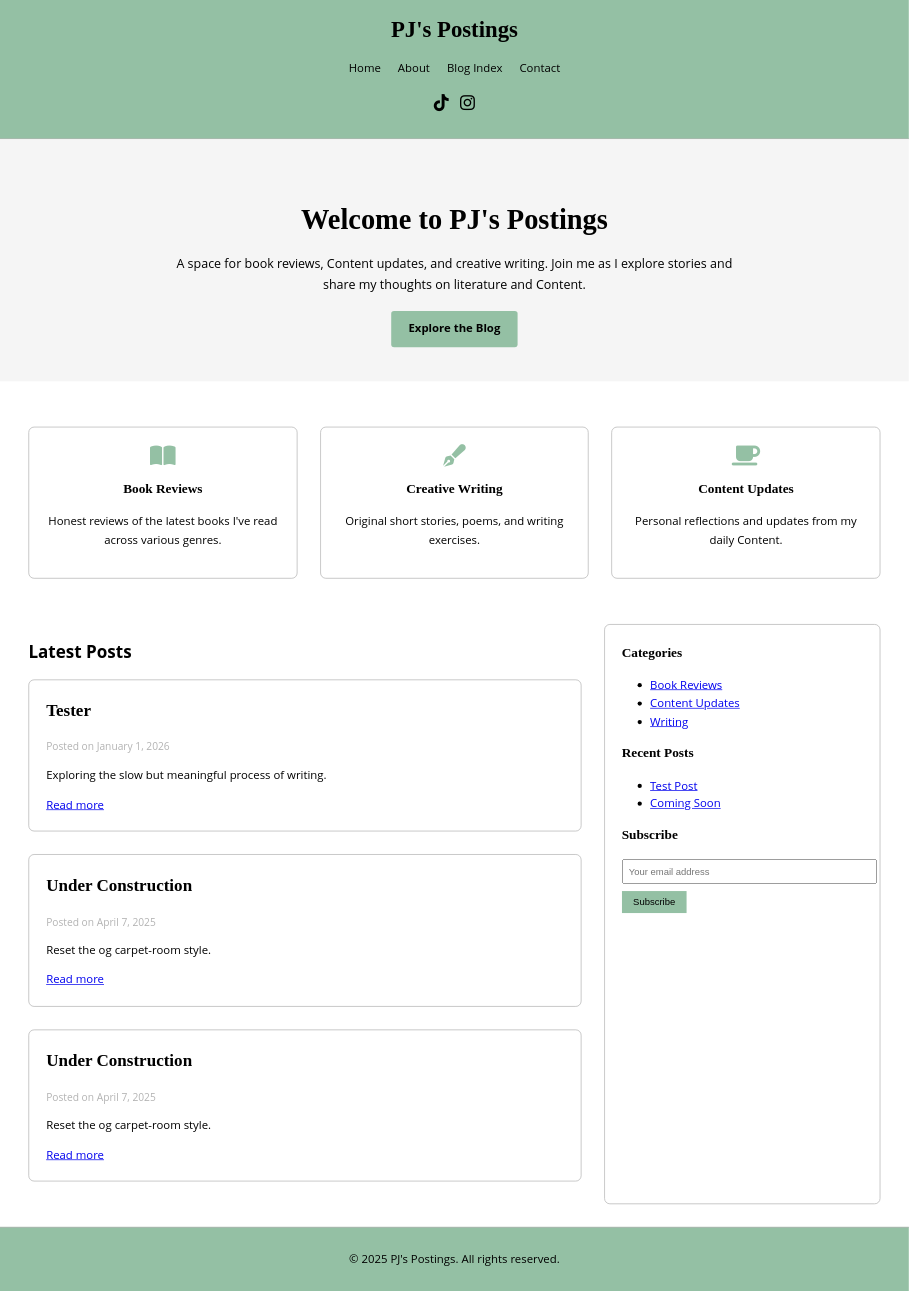
Repository: pjpatrick071/pjpatrick071.github.io
Page: index.html
An editor plug-in stored every save of this project. The page is shown before and after the next save, followed by the edit.
The browser window is 1280 px wide. The pictures show the whole page, at 71% of full size.
Some web fonts or font styles are not loaded; a fallback is used.

Above is the page before, as saved 2025-04-07 21:24:40.

After the next save:
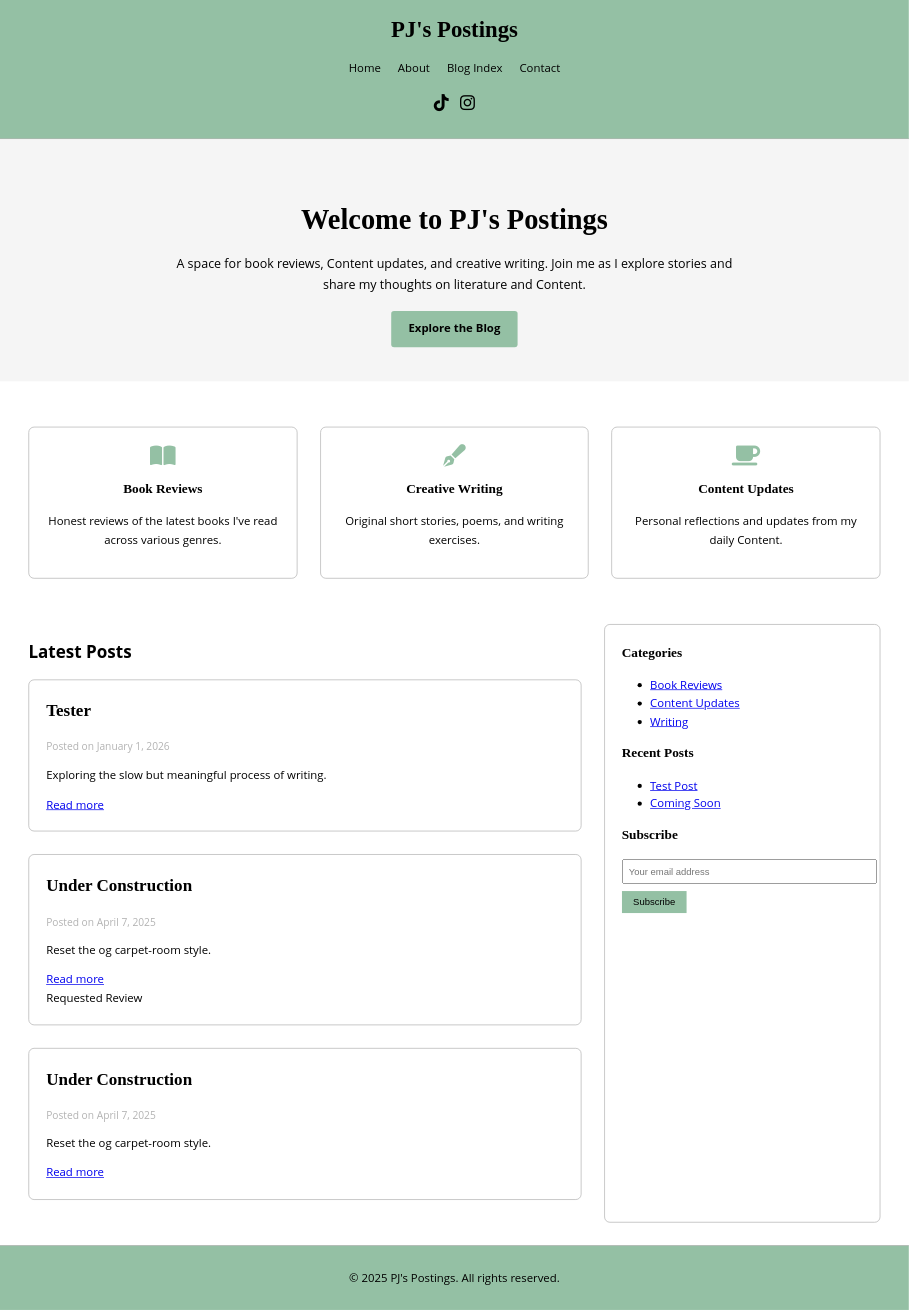
Saved 35 s later.
--- a/posts.json
+++ b/posts.json
@@ -14,7 +14,7 @@
         "url": "posts/underConstruction.html",
         "excerpt": "Reset the og carpet-room style.",
         "category": "book-reviews",
-        "requested": false
+        "requested": true
       },
       {
         "title": "Under Construction",
